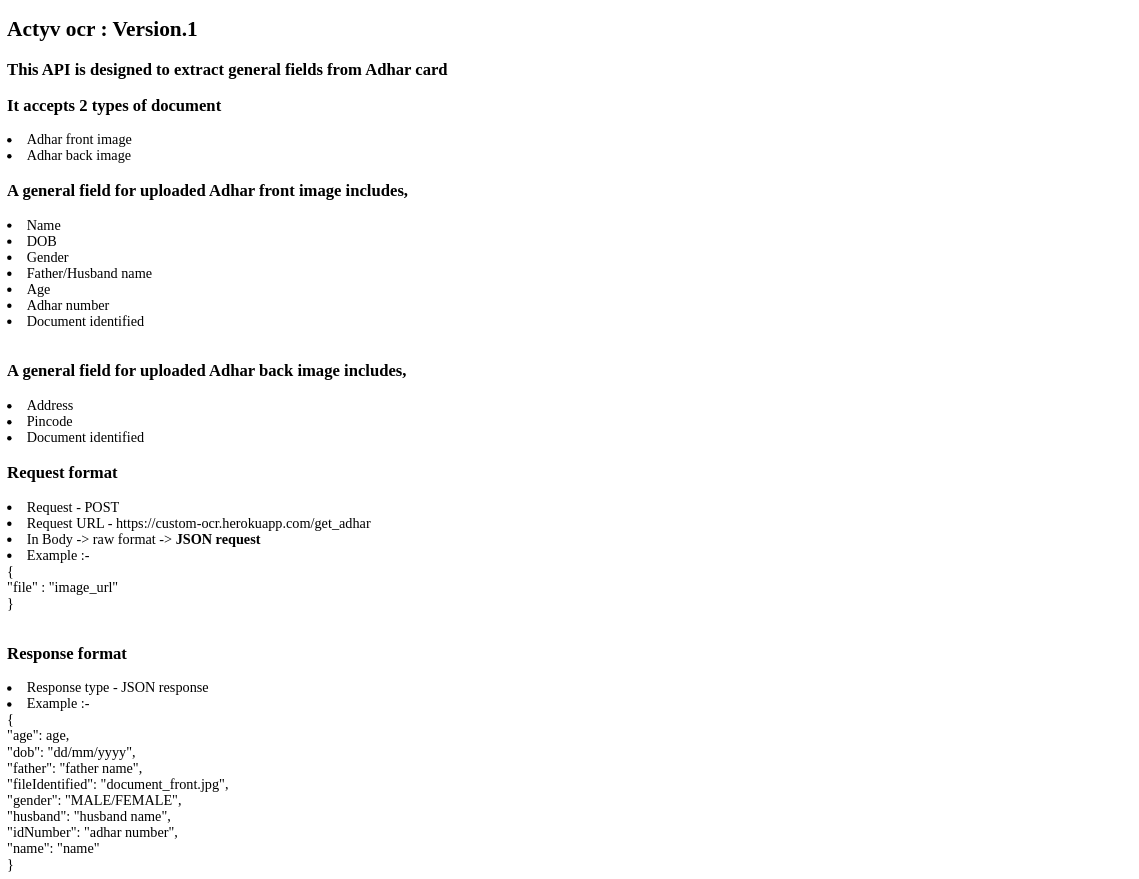
Repository: Sahana-M/OCR-for-Adhar
Page: template/home.html
An editor plug-in stored every save of this project. The page is shown before and after the next save, followed by the edit.
The browser window is 1280 px wide. The pictures show the whole page, at 89% of full size.

Above is the page before, as saved 2020-03-25 21:22:24.

After the next save:
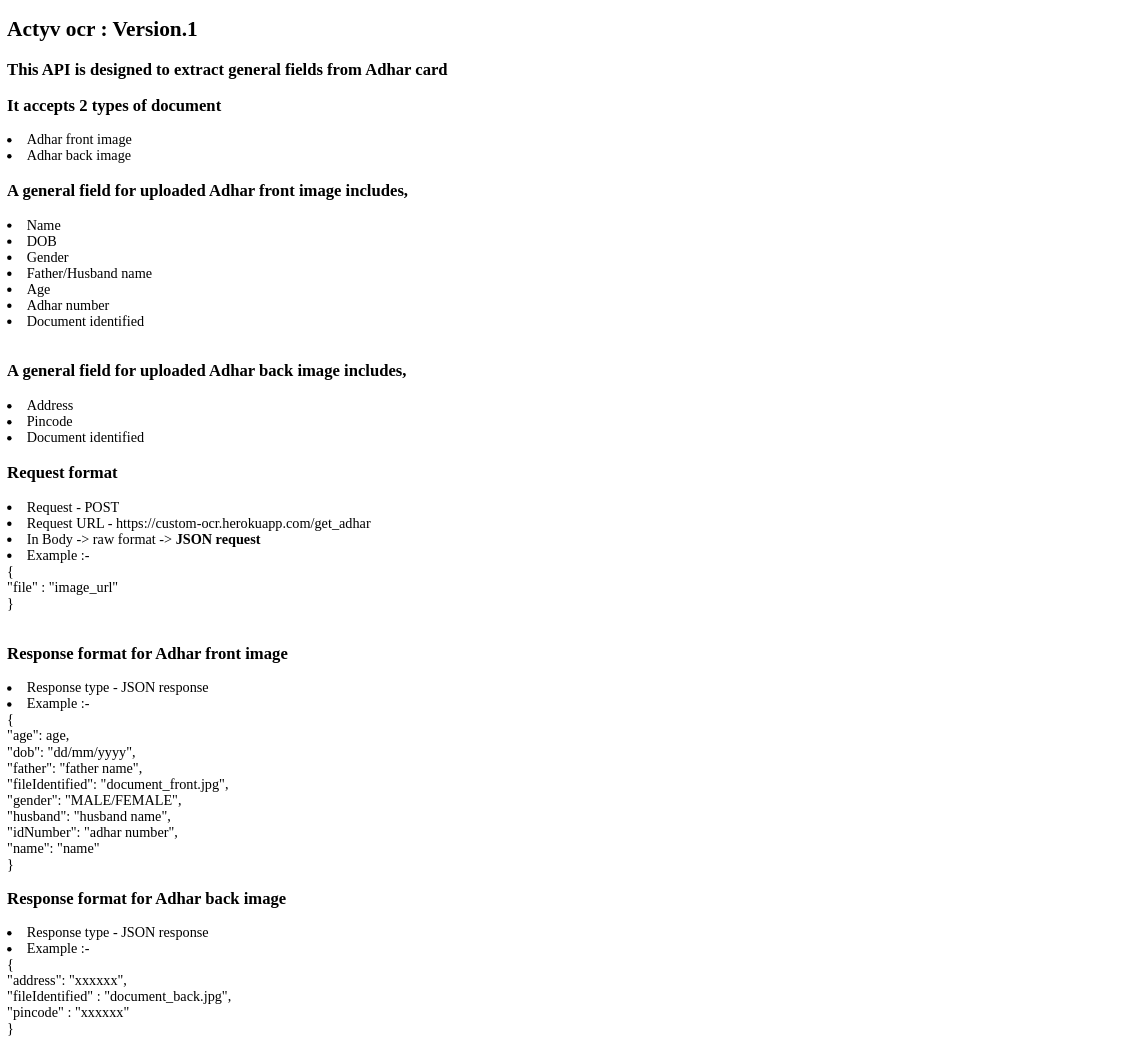
Saved 96 s later.
--- a/template/home.html
+++ b/template/home.html
@@ -36,7 +36,7 @@
             "file" : "image_url"<br>
             }</li><br>
 
-        <h3>Response format</h3>
+        <h3>Response format for Adhar front image</h3>
         <li>Response type - JSON response</li>
         <li>Example :- <br>
         {<br>
@@ -49,5 +49,14 @@
             "idNumber": "adhar number",<br>
             "name": "name"<br>
         }</li>
+
+        <h3>Response format for Adhar back image</h3>
+        <li>Response type - JSON response</li>
+        <li>Example :- <br>
+        {<br>
+            "address": "xxxxxx", <br>
+            "fileIdentified" : "document_back.jpg", <br>
+            "pincode" : "xxxxxx"<br>
+        }</li>
     </body>
 </html>
